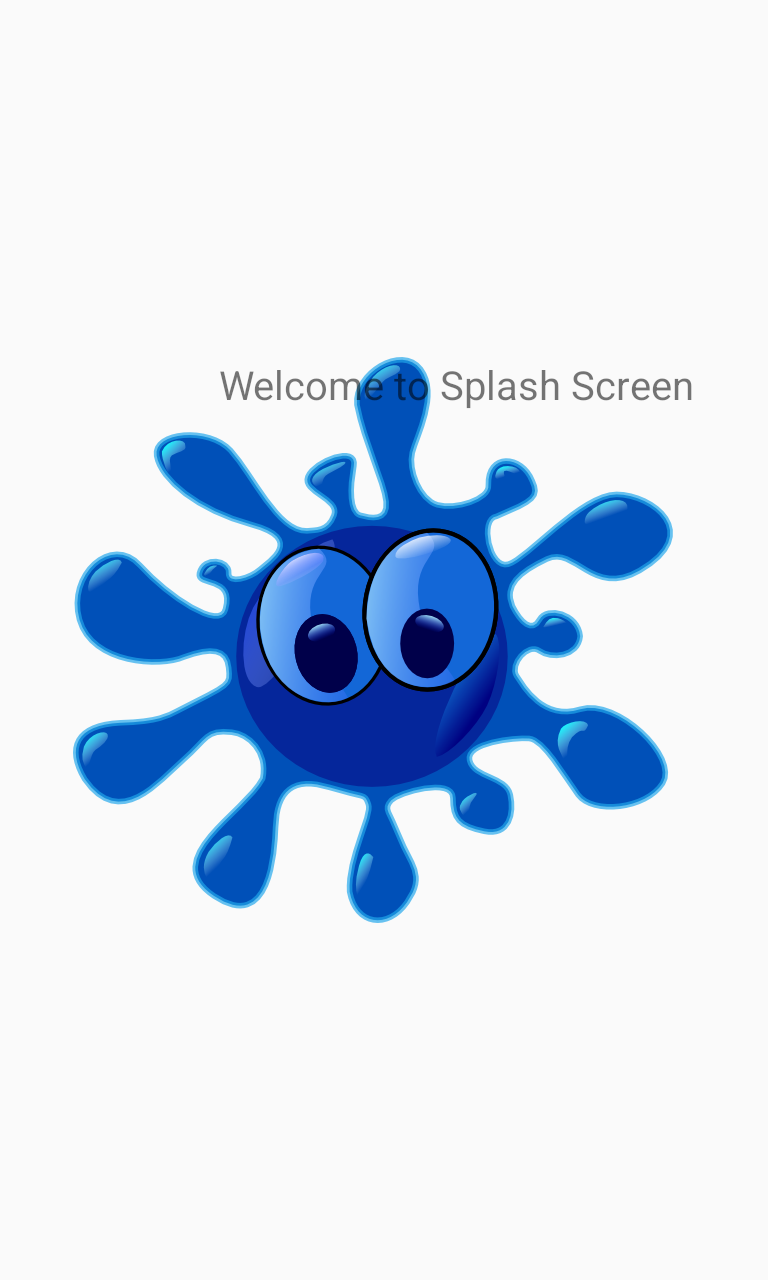
Repository: AlvaroCortez/Assigment1
Layout: SplashScreen/res/layout/activity_main.xml
These files come from the project's save history. The layout is drawn as it stood at one moment and after the next save; the edit follows.
It is drawn on a 768 x 1280 px phone screen (xhdpi) without system bars, with theme AppTheme; the app's code is not run.

Above is the layout before, as saved 2014-04-27 17:23:14.

After the next save:
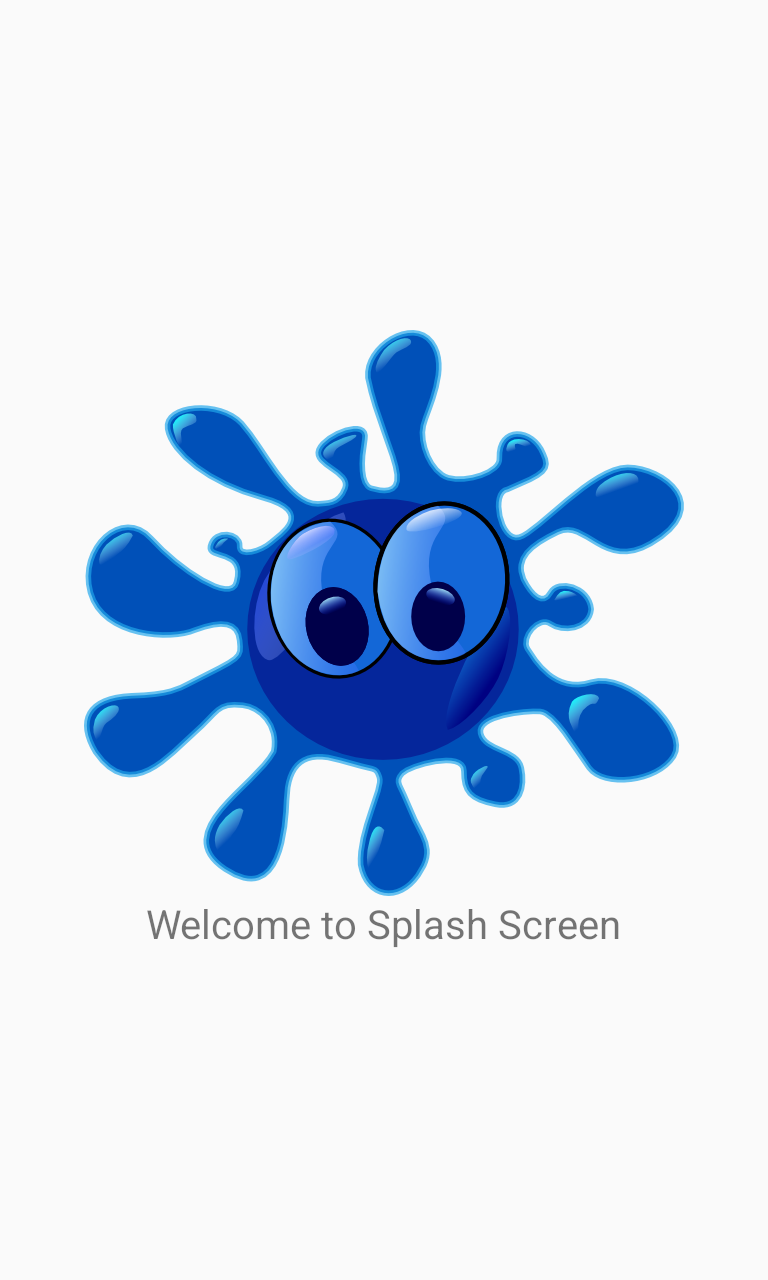
Saved 4 min 33 s later.
--- a/SplashScreen/res/layout/activity_main.xml
+++ b/SplashScreen/res/layout/activity_main.xml
@@ -1,4 +1,4 @@
-<RelativeLayout xmlns:android="http://schemas.android.com/apk/res/android"
+<LinearLayout xmlns:android="http://schemas.android.com/apk/res/android"
     xmlns:tools="http://schemas.android.com/tools"
     android:layout_width="match_parent"
     android:layout_height="match_parent"
@@ -16,8 +16,7 @@
         android:layout_width="wrap_content"
         android:layout_height="wrap_content"
         android:text="@string/splash_message"
-        android:textSize="20sp"
-        android:layout_centerHorizontal="true"/>
+        android:textSize="20sp"/>
 
 
-</RelativeLayout>
+</LinearLayout>
